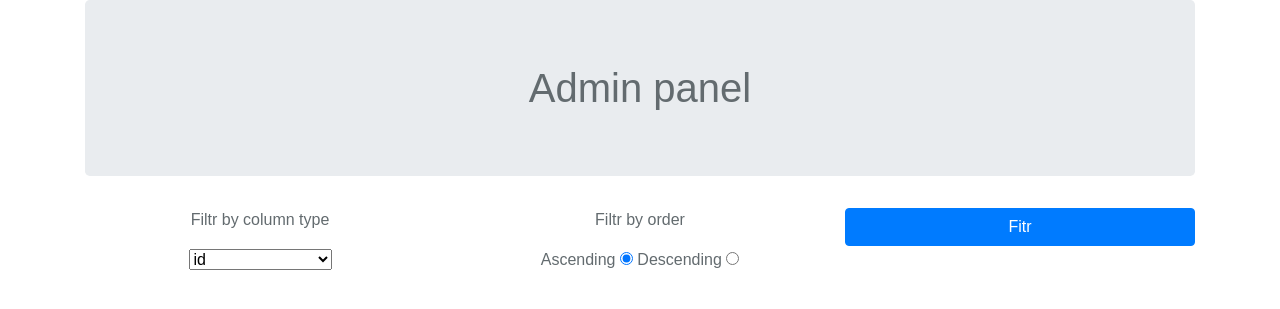
Repository: WOLVGVNG/gameclan
Page: resources/views/admin_panel.blade.php
An editor plug-in stored every save of this project. The page is shown before and after the next save, followed by the edit.
The browser window is 1280 px wide. The pictures show the whole page.
The page is served by the project's Laravel application, run on PHP 8.4 with Laravel 8. The template is opened directly, without the code that normally fills it, so the values that code supplies are empty.

Above is the page before, as saved 2019-03-19 17:24:50.

After the next save:
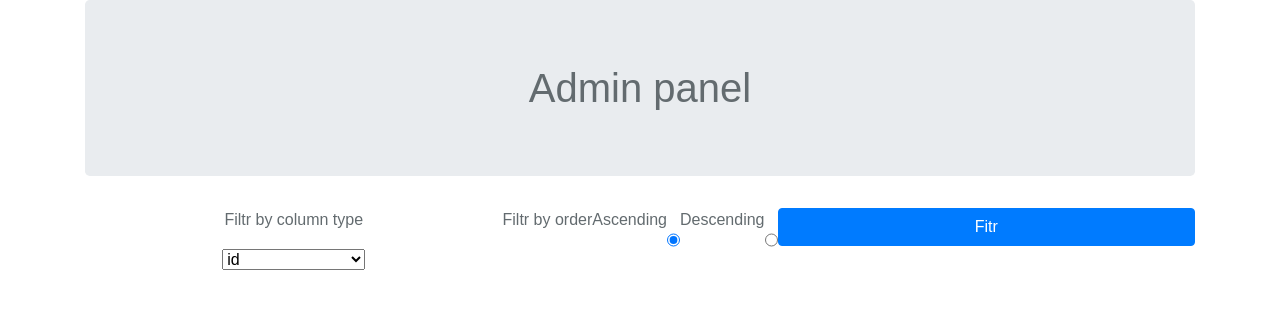
Saved 9 s later.
--- a/resources/views/admin_panel.blade.php
+++ b/resources/views/admin_panel.blade.php
@@ -30,7 +30,7 @@
                     <option>updated_at</option>
                 </select>
             </div>
-            <div class='col'>
+            <div class='row'>
                 <p>Filtr by order</p>
                 <label for='asc'>Ascending</label>
                 <input type='radio' name='filtr_order' value='asc' id='asc' checked>
